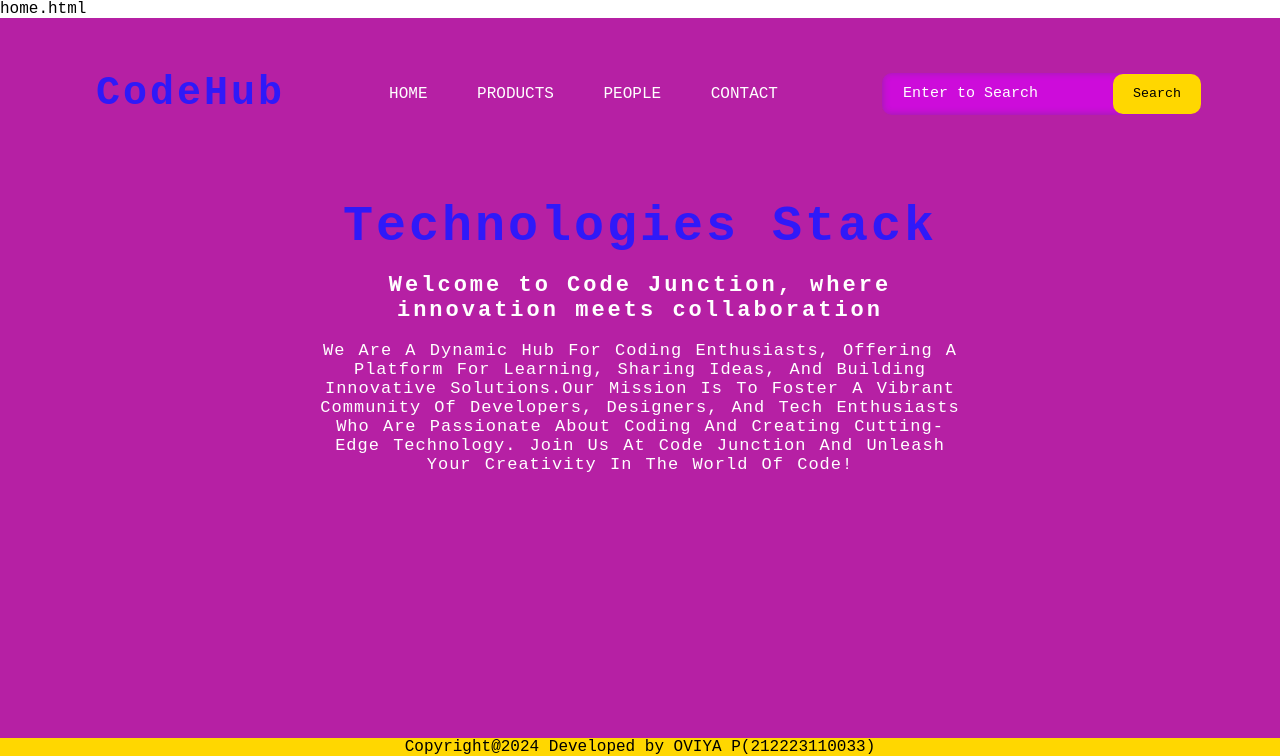
Repository: Oviya24032K6/softweb
Page: oviya/softapp/static/home.html
These files come from the project's save history. The page is drawn as it stood at one moment and after the next save; the edit follows.
The browser window is 1280 px wide. The pictures show the whole page.

Above is the page before, as saved 2024-04-25 22:31:15.

### oviya/softapp/static/home.html
home.html

<html>
    <head>
        <meta name="viewport" content="width=device-width, initial-scale=1.0">
        <title>CodeCraft</title>
        <style type="text/css">
            * {
                margin: 0;
                padding: 0;
                font-family: 'Courier New', Courier, monospace;
                        }
            .banner {
                width: 100%;
                height: 100vh;
                background-size: cover;
                background-position: center;
		background-color:rgb(182, 32, 164);
            }
            .navbar {
                width: 85%;
                margin: auto;
                padding: 35px 0;
                display: flex;
                align-items: center;
                justify-content: space-between;
            }
            .logo {
                color:rgb(48, 6, 162);
                font-size: 40px;
                font-weight: 700;
                letter-spacing: 3px;
            }
            span {
                color: rgb(47, 25, 249);
            }
            form {
                width: 300px;
                height: 40px;
                display: flex;
                background: rgba(6, 60, 152, 0.2);
                padding: 1px 1px;
                font-size: 15px;
                border-radius: 10px;
                backdrop-filter: blur(4px) saturate(180%);
            }
            form input {
                background: transparent;
                flex: 1;
                border: 0;
                outline: none;
                padding: 12px 20px;
                font-size: 15px;
                color: white;
            }
            ::placeholder {
                color: white;
            }
            form button {
                border: 0;
                outline: none;
                padding: 5px 20px;
                color:black;
                border-radius: 10px;
                background:gold;
                cursor: pointer;
            }
            .navbar li {
                list-style: none;
                display: inline-block;
                margin: 0 20px;
                position: relative;
            }
            .navbar li a {
                text-decoration: none;
                color: white;
                text-transform: uppercase;
            }
            .navbar li:hover {
                border: 1px;
                padding: 10px;
                color: white;
                background-color:gold;
                transition: 0.5s;
                cursor: pointer;
                border-radius: 30px;
            }
            .content {
                position: absolute;
                top: 50%;
                left: 50%;
                transform: translate(-50%,-50%);
                text-align: center;
            }
            .text h2 {
                color: yellow;
                font-weight: 800;
                font-size: 50px;
                letter-spacing: 3px;
            }
	    .text h3 {
                color: white;
                font-weight: 800;
                font-size: 22px;
                letter-spacing: 3px;
            }

            .text p {
                color: white;
                text-transform: capitalize;
                font-size: 17px;
                margin-bottom: 30px;
                word-spacing: 2px;
                letter-spacing: 1px;

            }
                footer {
                background-color: gold;
                margin-top: auto;
            }
        </style>
    </head>
<body>
    <div class="banner">
        <br>
        <div class="navbar">
            <h1 class="logo"><span>CodeHub</span></h1>
            <ul>
                <li><a href="home.html"> Home </a></li>
                <li><a href="Product.html"> Products </a></li>
                <li><a href="person.html"> People </a></li>
                <li><a href="contact.html"> Contact </a></li>
            </ul>
            <form action="" method="get">
                <input type="text" placeholder="Enter to Search">
                <button type="submit"> Search </button>
            </form>
        </div>
        <div class="content">
            <div class="text">
                <h2><span> Technologies Stack </span></h2>
                <br>
		<h3>Welcome to Code Junction, where innovation meets collaboration</h3>
		<br>
                <p>We are a dynamic hub for coding enthusiasts, offering a platform for learning, sharing ideas, and building innovative solutions.Our mission is to foster a vibrant community of developers, designers, and tech enthusiasts who are passionate about coding and creating cutting-edge technology. Join us at Code Junction and unleash your creativity in the world of code!</p>
                <br>

            </div>
        </div>
    </div>
    <footer>
        <center> Copyright@2024 Developed by OVIYA P(212223110033)</center>
    </footer>
</body>
</html>

After the next save:
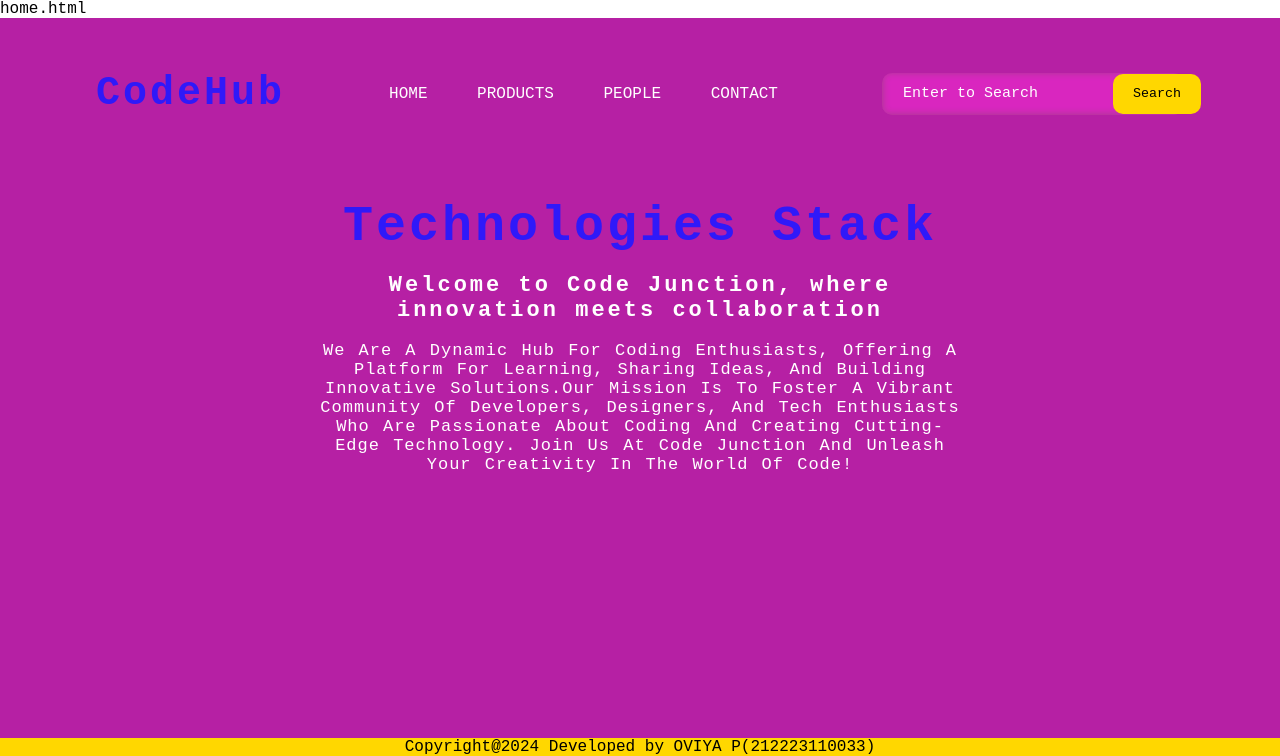
Saved 6 s later.
--- a/oviya/softapp/static/home.html
+++ b/oviya/softapp/static/home.html
@@ -38,7 +38,7 @@ home.html
                 width: 300px;
                 height: 40px;
                 display: flex;
-                background: rgba(6, 60, 152, 0.2);
+                background: rgba(68, 190, 16, 0.2);
                 padding: 1px 1px;
                 font-size: 15px;
                 border-radius: 10px;
